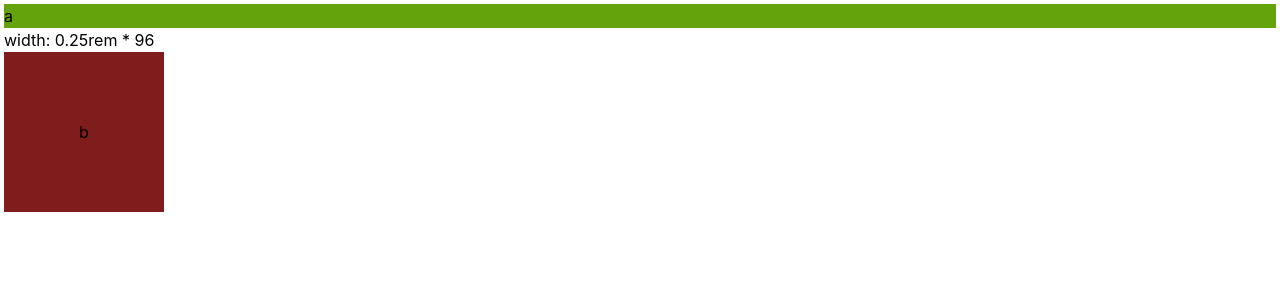
Repository: wogml3270/react-test-server
Page: /
The author's editor kept a copy of each file at every save. The page is drawn from the files as they stood at one save, then again after the next save.
The browser window is 1280 px wide. The pictures show the whole page.
The project was rebuilt for these pictures with package versions that can differ from the ones it lists, and the page was loaded fresh each time. Also part of the build but not shown: src/App.css.

Above is the page before, as saved 2022-08-14 17:00:41.

After the next save:
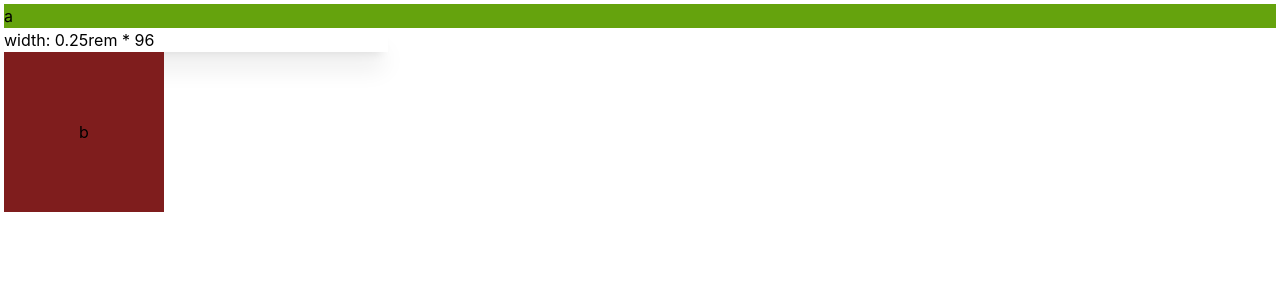
Saved 23 s later.
--- a/src/App.js
+++ b/src/App.js
@@ -6,7 +6,7 @@ function App() {
     <>
       <div className="m-1">
         <div className="bg-lime-600">a</div>
-        <div className="w-96">width: 0.25rem * 96</div>
+        <div className="w-96 shadow-xl">width: 0.25rem * 96</div>
         <h1 className="bg-red-900 h-40 w-40 flex justify-center items-center">b</h1>
       </div>
     </>
